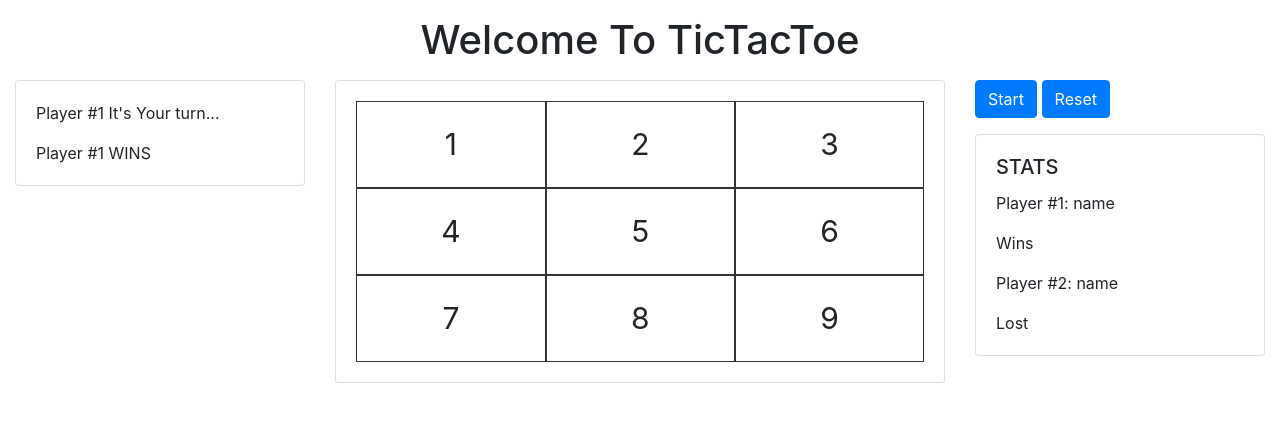
Repository: rOluochKe/JS-TicTacToe
Page: index.html
The author's editor kept a copy of each file at every save. The page is drawn from the files as they stood at one save, then again after the next save.
The browser window is 1280 px wide. The pictures show the whole page.
Some web libraries are served in a nearby version.

Above is the page before, as saved 2020-05-27 00:40:48.
Not found: css/reset.css

After the next save:
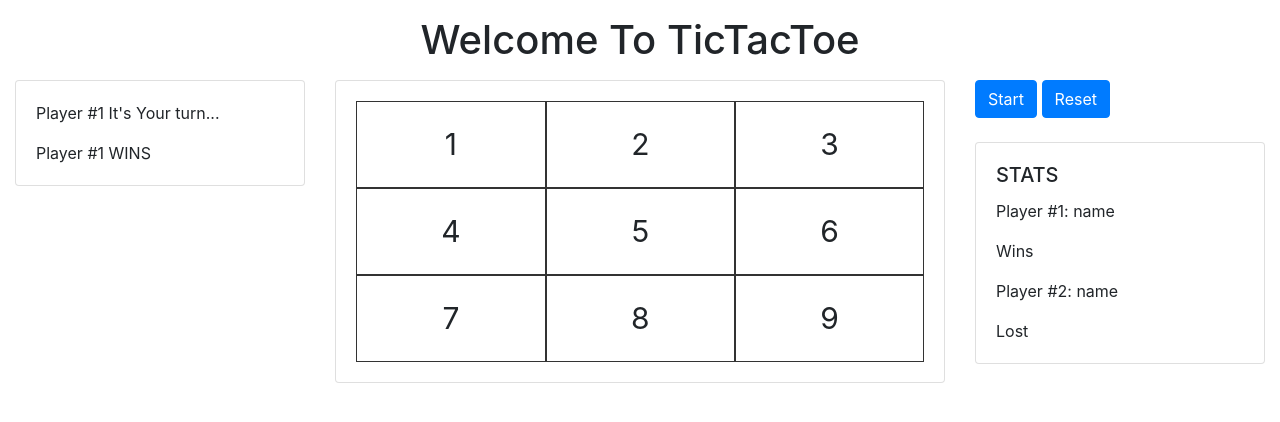
Saved 4 s later.
--- a/index.html
+++ b/index.html
@@ -46,7 +46,7 @@
         </div>
 
         <div class="col-md-3">
-          <div class="game-buttons mb-3">
+          <div class="game-buttons mb-4">
             <button class="btn btn-primary">Start </button>
             <button class="btn btn-primary">Reset </button>
           </div>
